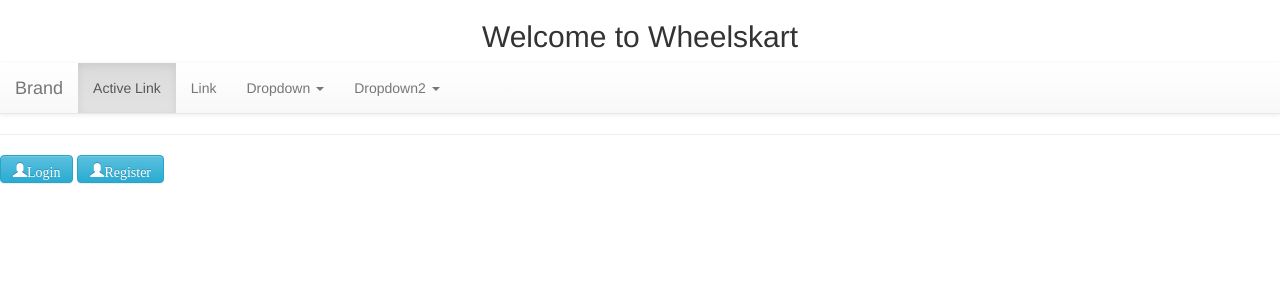
Repository: mrahulbisht/Wheelskart-Project
Page: http://localhost/WheelskartFrontEnd/Home.jsp
These files come from the project's save history. The page is drawn as it stood at one moment and after the next save; the edit follows.
The browser window is 1280 px wide. The pictures show the whole page.
Some web libraries are served in a nearby version. The page is served by Tomcat 9. Other server files are loaded and not shown.

Above is the page before, as saved 2017-04-22 07:48:13.

### project/WheelskartFrontEnd/src/main/webapp/Home.jsp
<%@ page language="java" contentType="text/html; charset=ISO-8859-1"
    pageEncoding="ISO-8859-1"%>
<!DOCTYPE html PUBLIC "-//W3C//DTD HTML 4.01 Transitional//EN" "http://www.w3.org/TR/html4/loose.dtd">

<html>
<%@ taglib prefix="c" uri="http://java.sun.com/jsp/jstl/core"%>
 <%@ page isELIgnored="false" %>
<head>
<meta http-equiv="Content-Type" content="text/html; charset=ISO-8859-1">
<title>Insert title here</title>
</head>
<body>

<center>
		<h2>Welcome to Wheelskart</h2>
</center>


<%@include file="WEB-INF/views/CommonHeader.jsp" %>

	<hr color="blue">


	<a href="LoginPage">    <button type="button" class="btn btn-info"><span class="glyphicon glyphicon-user">Login</span></button></a>


	<a href="RegistrationPage"> <button type="button" class="btn btn-info"><span class="glyphicon glyphicon-user">Register</span></button></a>
	<br>
	<c:if test="${isUserClickedLogin=='true'}">

		<jsp:include page="WEB-INF/views/Login.jsp"></jsp:include>

	</c:if>


	<c:if test="${isUserClickedRegister=='true' }">
		<jsp:include page="WEB-INF/views/Registration.jsp"></jsp:include>
	</c:if>
</body>
</html>

### project/WheelskartFrontEnd/src/main/webapp/WEB-INF/views/CommonHeader.jsp
<%@ page language="java" contentType="text/html; charset=ISO-8859-1"
    pageEncoding="ISO-8859-1"%>
<!DOCTYPE html PUBLIC "-//W3C//DTD HTML 4.01 Transitional//EN" "http://www.w3.org/TR/html4/loose.dtd">
<html>
<head>
<meta http-equiv="Content-Type" content="text/html; charset=ISO-8859-1">
<title>Insert title here</title>
<link rel="stylesheet" href="https://maxcdn.bootstrapcdn.com/bootstrap/3.3.7/css/bootstrap.min.css" integrity="sha384-BVYiiSIFeK1dGmJRAkycuHAHRg32OmUcww7on3RYdg4Va+PmSTsz/K68vbdEjh4u" crossorigin="anonymous">
  <meta name="viewport" content="width=device-width, initial-scale=1">
<!-- Optional theme -->
<link rel="stylesheet" href="https://maxcdn.bootstrapcdn.com/bootstrap/3.3.7/css/bootstrap-theme.min.css" integrity="sha384-rHyoN1iRsVXV4nD0JutlnGaslCJuC7uwjduW9SVrLvRYooPp2bWYgmgJQIXwl/Sp" crossorigin="anonymous">
<link href="//maxcdn.bootstrapcdn.com/font-awesome/4.2.0/css/font-awesome.min.css" rel="stylesheet">
 <link href='http://fonts.googleapis.com/css?family=Open+Sans' rel='stylesheet'  type='text/css'>
<style>

.dropdown-menu > li.kopie > a {
    padding-left:5px;
}

.dropdown-submenu {
    position:relative;
}
.dropdown-submenu>.dropdown-menu {
   top:0;left:100%;
   margin-top:-6px;margin-left:-1px;
   -webkit-border-radius:0 6px 6px 6px;-moz-border-radius:0 6px 6px 6px;border-radius:0 6px 6px 6px;
 }

.dropdown-submenu > a:after {
  border-color: transparent transparent transparent #333;
  border-style: solid;
  border-width: 5px 0 5px 5px;
  content: " ";
  display: block;
  float: right;
  height: 0;
  margin-right: -10px;
  margin-top: 5px;
  width: 0;
}

.dropdown-submenu:hover>a:after {
    border-left-color:#555;
 }

.dropdown-menu > li > a:hover, .dropdown-menu > .active > a:hover {
  text-decoration: underline;
}

@media (max-width: 767px) {
  .navbar-nav  {
     display: inline;
  }
  .navbar-default .navbar-brand {
    display: inline;
  }
  .navbar-default .navbar-toggle .icon-bar {
    background-color: #fff;
  }
  .navbar-default .navbar-nav .dropdown-menu > li > a {
    color: red;
    background-color: #ccc;
    border-radius: 4px;
    margin-top: 2px;
  }
   .navbar-default .navbar-nav .open .dropdown-menu > li > a {
     color: #333;
   }
   .navbar-default .navbar-nav .open .dropdown-menu > li > a:hover,
   .navbar-default .navbar-nav .open .dropdown-menu > li > a:focus {
     background-color: #ccc;
   }

   .navbar-nav .open .dropdown-menu {
     border-bottom: 1px solid white;
     border-radius: 0;
   }
  .dropdown-menu {
      padding-left: 10px;
  }
  .dropdown-menu .dropdown-menu {
      padding-left: 20px;
   }
   .dropdown-menu .dropdown-menu .dropdown-menu {
      padding-left: 30px;
   }
   li.dropdown.open {
    border: 0px solid red;
   }

}

@media (min-width: 768px) {
  ul.nav li:hover > ul.dropdown-menu {
    display: block;
  }
  #navbar {
    text-align: center;
  }
}

</style>
</head>
<body>
 <div id="navbar">
  <nav class="navbar navbar-default navbar-static-top" role="navigation">
    <div class="navbar-header">
      <button type="button" class="navbar-toggle" data-toggle="collapse" data-target="#navbar-collapse-1">
      <span class="sr-only">Toggle navigation</span>
      <span class="icon-bar"></span>
      <span class="icon-bar"></span>
      <span class="icon-bar"></span>
      </button>
      <a class="navbar-brand" href="#">Brand</a>
    </div>
    <div class="collapse navbar-collapse" id="navbar-collapse-1">
      <ul class="nav navbar-nav">
        <li class="active"><a href="#">Active Link</a></li>
        <li><a href="#">Link</a></li>
        <li class="dropdown">
          <a href="#" class="dropdown-toggle" data-toggle="dropdown">Dropdown <b class="caret"></b></a>
          <ul class="dropdown-menu">
            <li class="kopie"><a href="#">Dropdown</a></li>
            <li><a href="#">Dropdown Link 1</a></li>
            <li class="active"><a href="#">Dropdown Link 2</a></li>
            <li><a href="#">Dropdown Link 3</a></li>
            <li class="dropdown dropdown-submenu">
              <a href="#" class="dropdown-toggle" data-toggle="dropdown">Dropdown Link 4</a>
              <ul class="dropdown-menu">
                <li class="kopie"><a href="#">Dropdown Link 4</a></li>
                <li><a href="#">Dropdown Submenu Link 4.1</a></li>
                <li><a href="#">Dropdown Submenu Link 4.2</a></li>
                <li><a href="#">Dropdown Submenu Link 4.3</a></li>
                <li><a href="#">Dropdown Submenu Link 4.4</a></li>
              </ul>
            </li>
            <li class="dropdown dropdown-submenu">
              <a href="#" class="dropdown-toggle" data-toggle="dropdown">Dropdown Link 5</a>
              <ul class="dropdown-menu">
                <li class="kopie"><a href="#">Dropdown Link 5</a></li>
                <li><a href="#">Dropdown Submenu Link 5.1</a></li>
                <li><a href="#">Dropdown Submenu Link 5.2</a></li>
                <li><a href="#">Dropdown Submenu Link 5.3</a></li>
                <li class="dropdown dropdown-submenu">
                  <a href="#" class="dropdown-toggle" data-toggle="dropdown">Dropdown Submenu Link 5.4</a>
                  <ul class="dropdown-menu">
                    <li class="kopie"><a href="#">Dropdown Submenu Link 5.4</a></li>
                    <li><a href="#">Dropdown Submenu Link 5.4.1</a></li>
                    <li><a href="#">Dropdown Submenu Link 5.4.2</a></li>
                  </ul>
                </li>
              </ul>
            </li>
          </ul>
        </li>
        <li class="dropdown">
          <a href="#" class="dropdown-toggle" data-toggle="dropdown">Dropdown2 <b class="caret"></b></a>
          <ul class="dropdown-menu">
            <li class="kopie"><a href="#">Dropdown2</a></li>
            <li><a href="#">Dropdown2 Link 1</a></li>
            <li><a href="#">Dropdown2 Link 2</a></li>
            <li><a href="#">Dropdown2 Link 3</a></li>
            <li class="dropdown dropdown-submenu">
              <a href="#" class="dropdown-toggle" data-toggle="dropdown">Dropdown2 Link 4</a>
              <ul class="dropdown-menu">
                <li class="kopie"><a href="#">Dropdown2 Link 4</a></li>
                <li><a href="#">Dropdown2 Submenu Link 4.1</a></li>
                <li><a href="#">Dropdown2 Submenu Link 4.2</a></li>
                <li><a href="#">Dropdown2 Submenu Link 4.3</a></li>
                <li><a href="#">Dropdown2 Submenu Link 4.4</a></li>
              </ul>
            </li>
            <li class="dropdown dropdown-submenu">
              <a href="#" class="dropdown-toggle" data-toggle="dropdown">Dropdown2 Link 5</a>
              <ul class="dropdown-menu">
                <li class="kopie"><a href="#">Dropdown Link 5</a></li>
                <li><a href="#">Dropdown2 Submenu Link 5.1</a></li>
                <li><a href="#">Dropdown2 Submenu Link 5.2</a></li>
                <li><a href="#">Dropdown2 Submenu Link 5.3</a></li>
                <li class="dropdown dropdown-submenu">
                  <a href="#" class="dropdown-toggle" data-toggle="dropdown">Dropdown Submenu Link 5.4</a>
                  <ul class="dropdown-menu">
                    <li class="kopie"><a href="#">Dropdown2 Submenu Link 5.4</a></li>
                    <li><a href="#">Dropdown2 Submenu Link 5.4.1</a></li>
                    <li><a href="#">Dropdown2 Submenu Link 5.4.2</a></li>
                  </ul>
                </li>
              </ul>
            </li>
          </ul>
        </li>
      </ul>
    </div>
    <!-- /.navbar-collapse -->
  </nav>
</div>

</body>
</html>

After the next save:
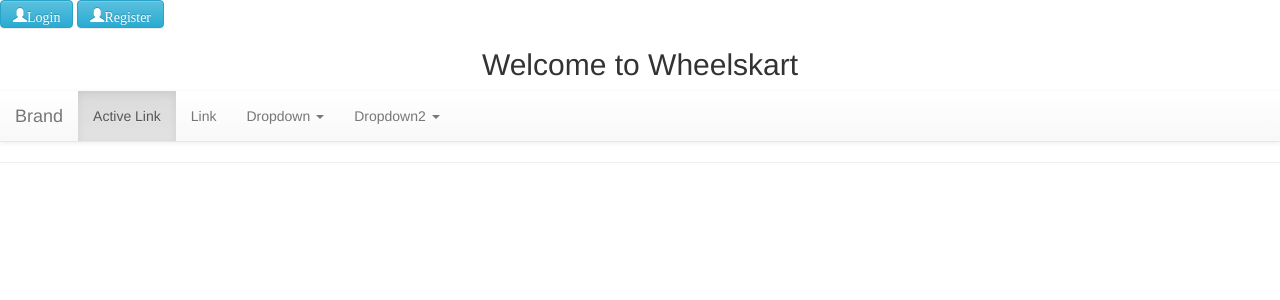
Saved 93 s later.
--- a/project/WheelskartFrontEnd/src/main/webapp/Home.jsp
+++ b/project/WheelskartFrontEnd/src/main/webapp/Home.jsp
@@ -10,7 +10,12 @@
 <title>Insert title here</title>
 </head>
 <body>
+<a href="LoginPage">    <button type="button" class="btn btn-info"><span class="glyphicon glyphicon-user">Login</span></button></a>
 
+
+	<tex-align=left><a href="RegistrationPage"> <button type="button" class="btn btn-info"><span class="glyphicon glyphicon-user">Register</span></button></a>
+
+	<br>
 <center>
 		<h2>Welcome to Wheelskart</h2>
 </center>
@@ -21,11 +26,7 @@
 	<hr color="blue">
 
 
-	<a href="LoginPage">    <button type="button" class="btn btn-info"><span class="glyphicon glyphicon-user">Login</span></button></a>
 
-
-	<a href="RegistrationPage"> <button type="button" class="btn btn-info"><span class="glyphicon glyphicon-user">Register</span></button></a>
-	<br>
 	<c:if test="${isUserClickedLogin=='true'}">
 
 		<jsp:include page="WEB-INF/views/Login.jsp"></jsp:include>
